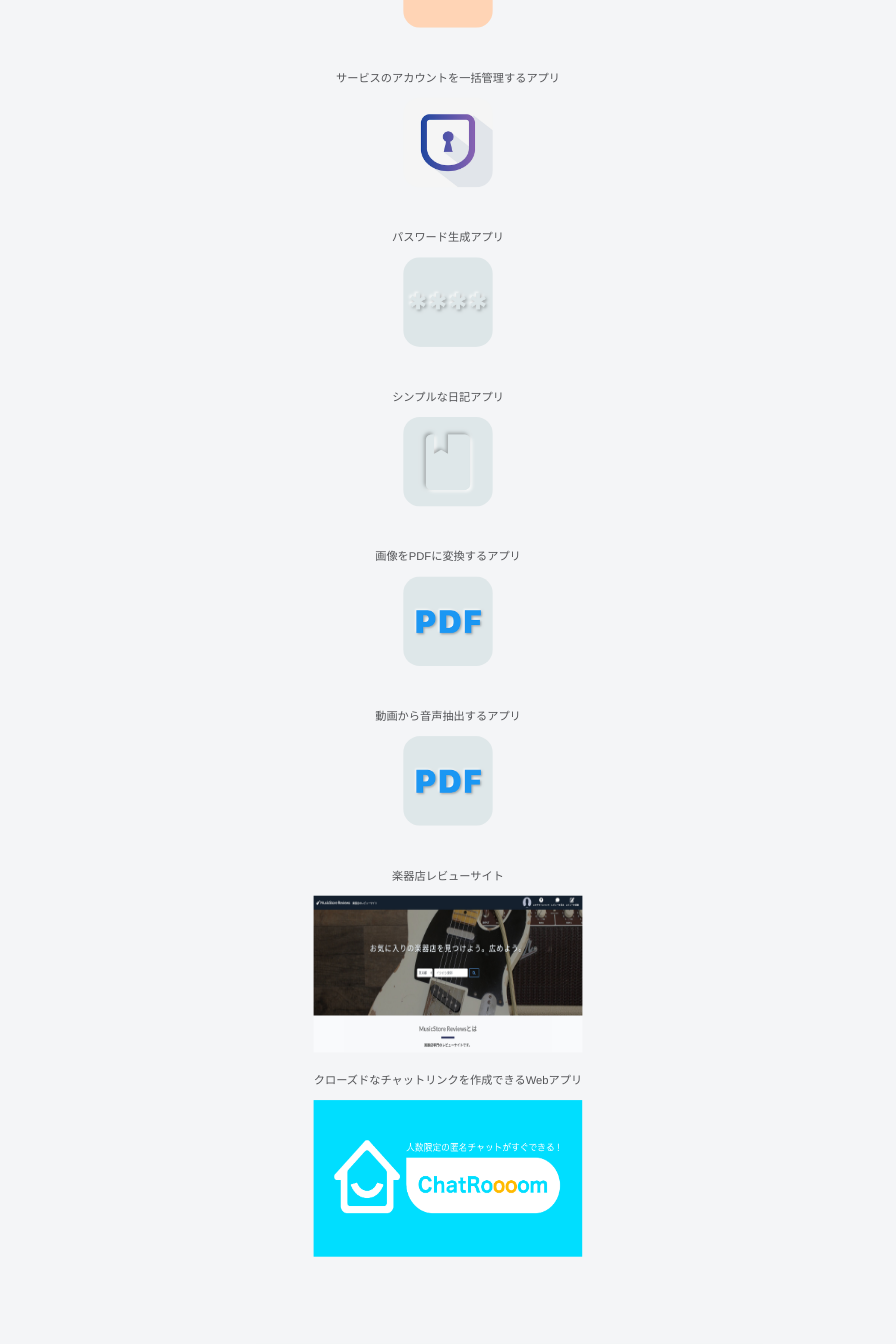
Repository: nosuke0926/my-portfolio
Page: /works
The author's editor kept a copy of each file at every save. The page is drawn from the files as they stood at one save, then again after the next save.
The browser window is 1280 px wide. The pictures show the part of the page from y = 1661 to 3581 px (the page is 3581 px tall), at 70% of full size.
The project was rebuilt for these pictures with package versions that can differ from the ones it lists, and the page was loaded fresh each time. The framework's server and built-in components were replaced by stand-ins that run in the browser. Also part of the build but not shown: next.config.js.

Above is the page before, as saved 2022-08-06 13:00:57.

After the next save:
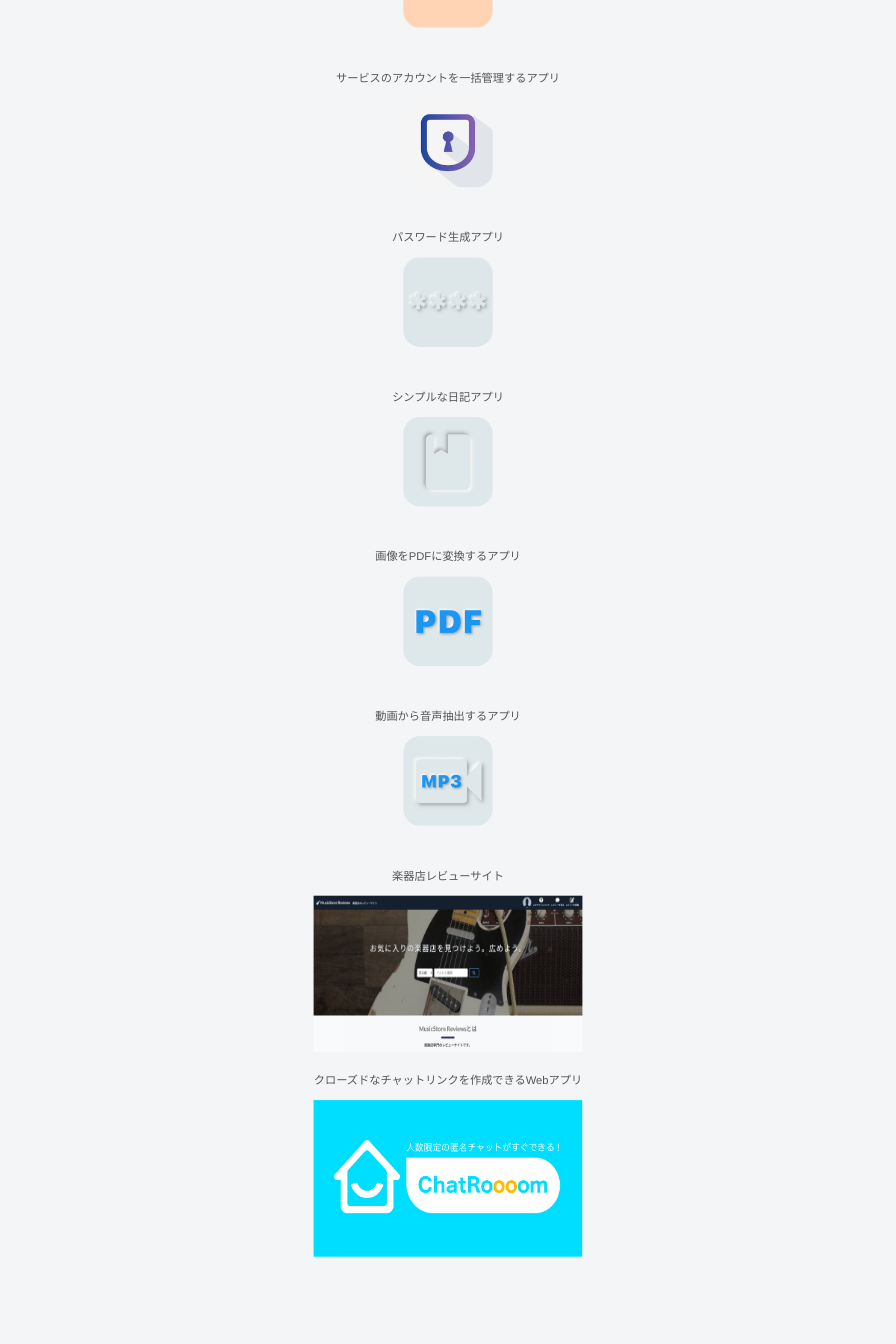
Saved 75 s later.
--- a/pages/works.tsx
+++ b/pages/works.tsx
@@ -157,7 +157,7 @@
         </p>
         <p>
           <TransitionsModal
-            src="/images/products/pdf_converter.png"
+            src="/images/products/extract_audio.png"
             alt="音声抽出 - 動画をMP3に変換"
             description="動画から音声抽出するアプリ"
             appTitle="音声抽出 - 動画をMP3に変換"
